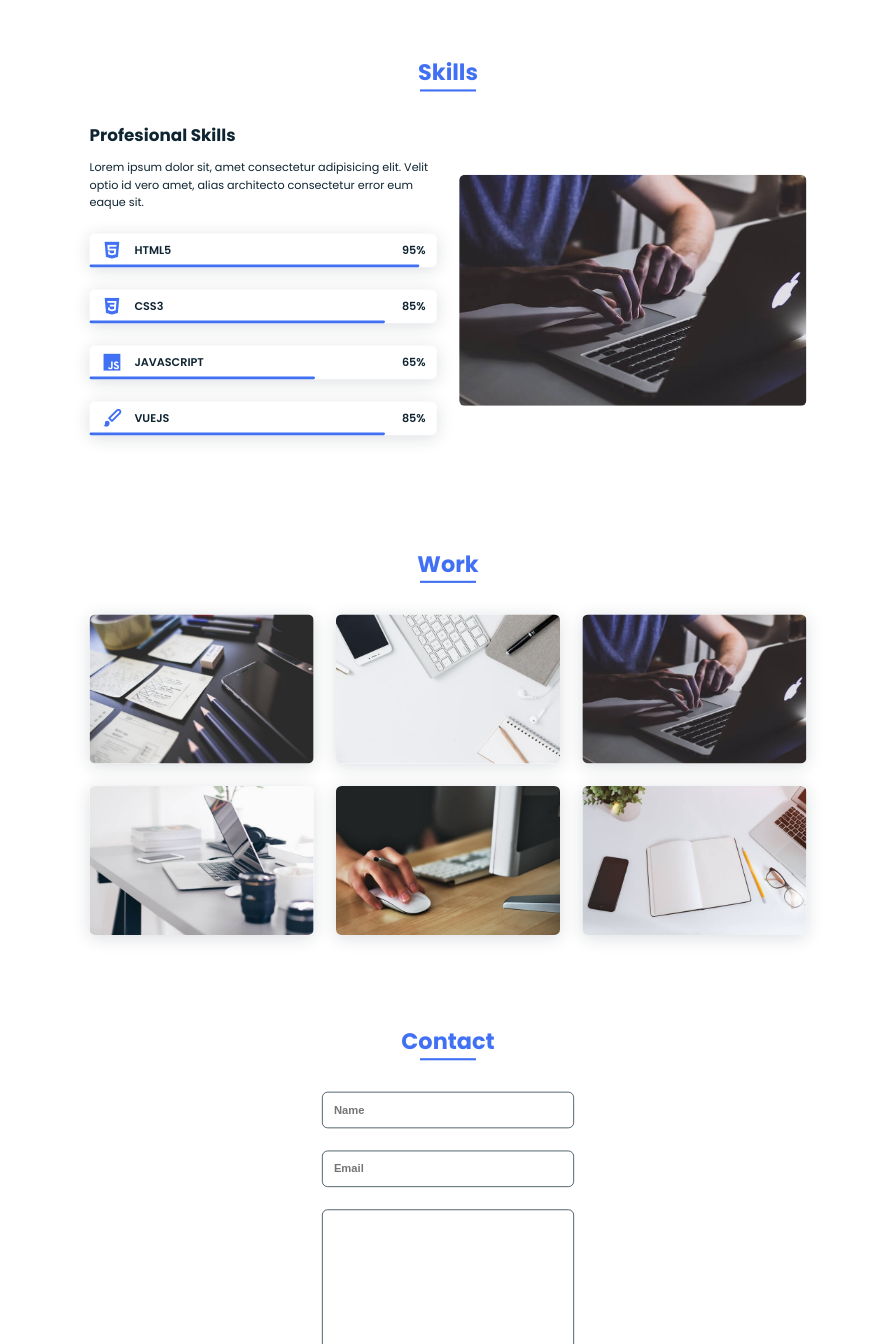
Repository: umarrg/lio
Page: index.html
These files come from the project's save history. The page is drawn as it stood at one moment and after the next save; the edit follows.
The browser window is 1280 px wide. The pictures show the part of the page from y = 1364 to 3284 px (the page is 3681 px tall before and 3761 px after), at 70% of full size.
A picture or video elsewhere on the page could not be fetched, so the positions and the page height are approximate.

Above is the page before, as saved 2021-01-05 14:02:25.

After the next save:
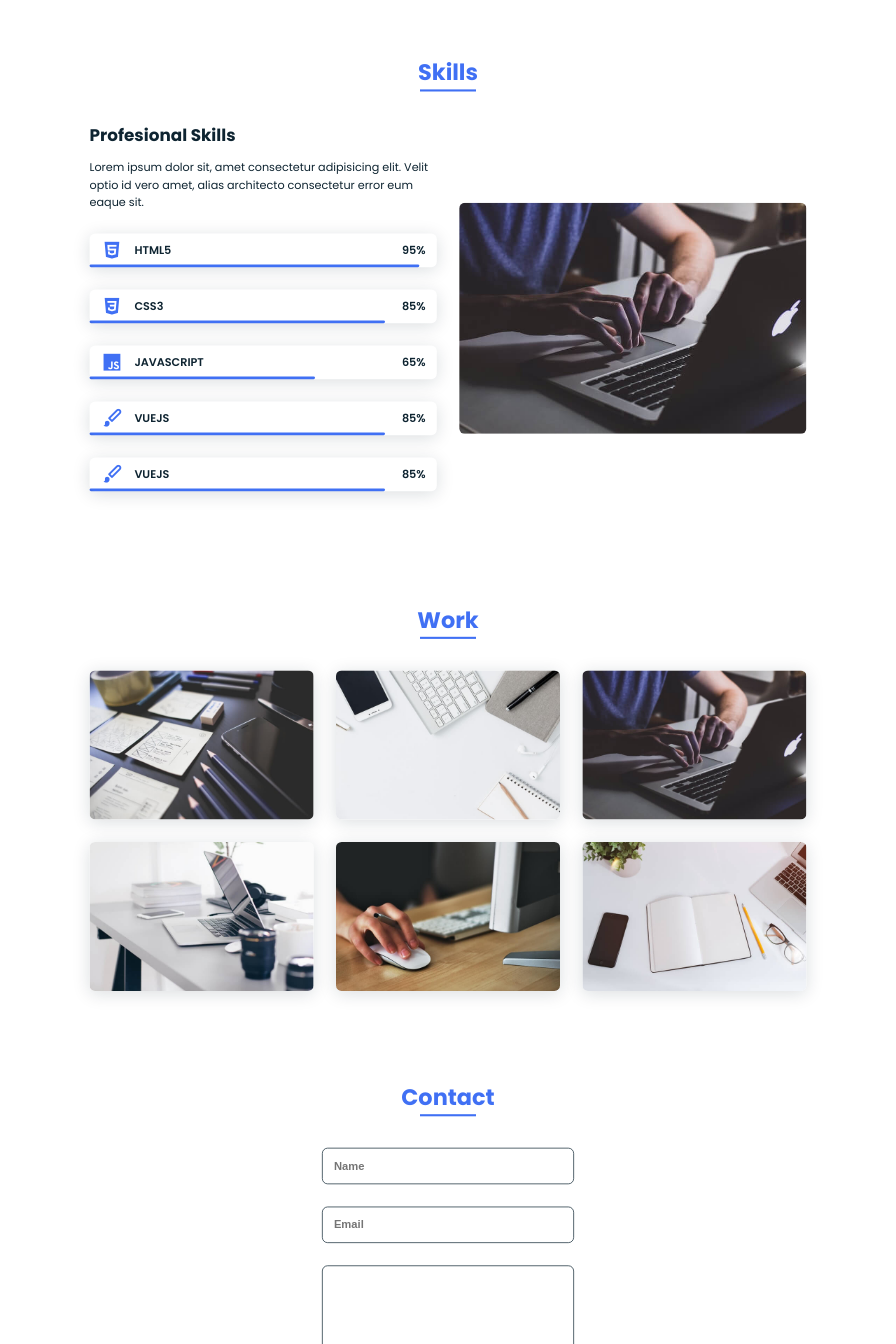
Saved 17 s later.
--- a/index.html
+++ b/index.html
@@ -113,6 +113,18 @@
                             </div>
                             <div>
                                 <span class="skills__percentage">65%</span>
+                            </div>
+                        </div>
+                        <div class="skills__data">
+                            <div class="skills__names">
+                                <i class='bx bxs-paint skills__icon'></i>
+                                <span class="skills__name">VUEJS</span>
+                            </div>
+                            <div class="skills__bar skills__ux">
+
+                            </div>
+                            <div>
+                                <span class="skills__percentage">85%</span>
                             </div>
                         </div>
                         <div class="skills__data">
